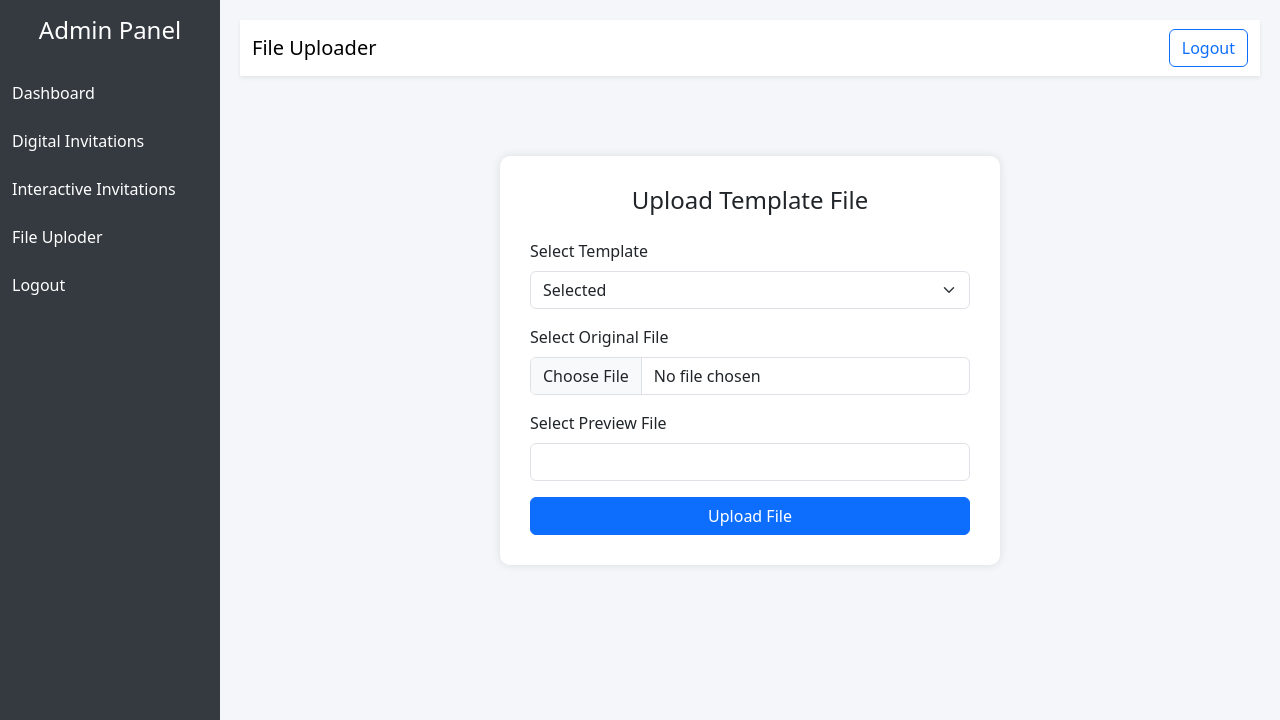
Repository: viraj7551/Flying-Invite-Project
Page: http://localhost/Admin03/file_uploader.jsp
The author's editor kept a copy of each file at every save. The page is drawn from the files as they stood at one save, then again after a run of saves.
The browser window is 1280 px wide. The pictures show the whole page.
Some web fonts or font styles are not loaded; a fallback is used. The page is served by Tomcat 9. Queries for data that is not in the repository find no rows.

Above is the page before, as saved 2026-05-28 14:49:13.

After the next 2 saves:
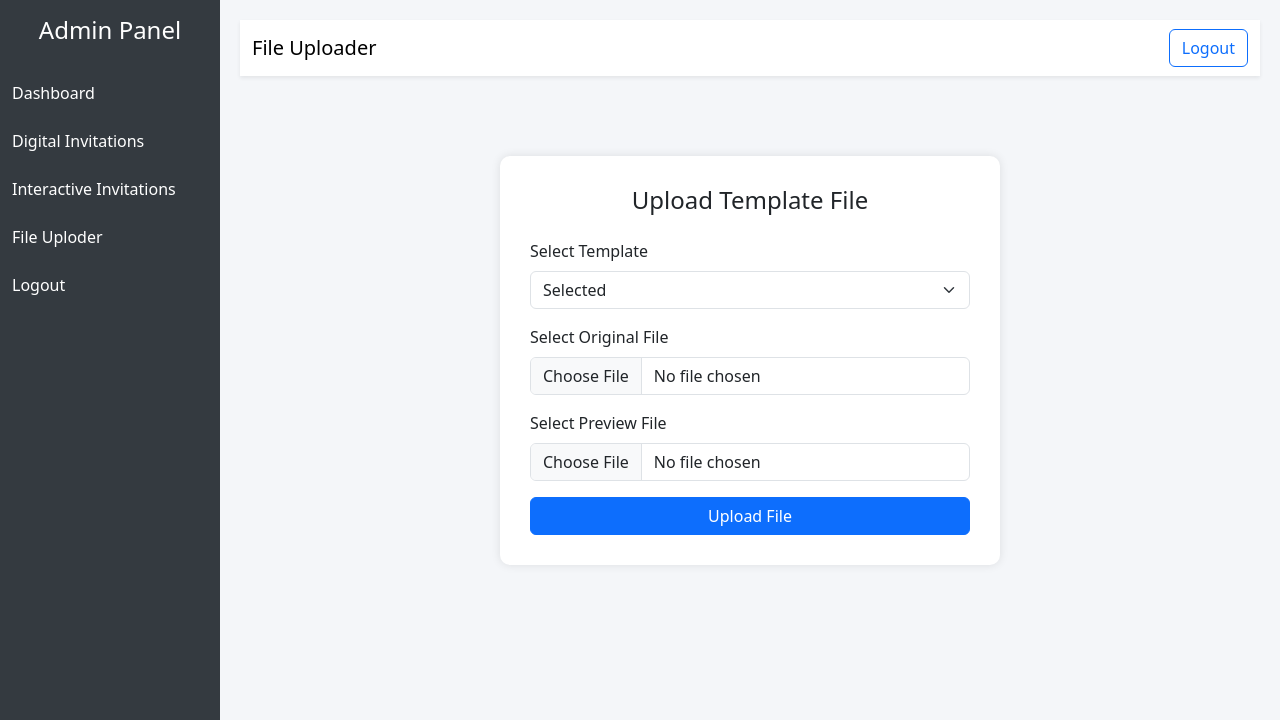
The 2 saves are shown as one change because they came seconds apart.
The last was saved 3 min 9 s later.
--- a/Admin03/WebContent/file_uploader.jsp
+++ b/Admin03/WebContent/file_uploader.jsp
@@ -175,7 +175,7 @@ margin-left:0;
 
             <div class="mb-3">
          <label class="form-label">Select Preview File</label>
-            <input type="file02" name="file" class="form-control" required>
+            <input type="file" name="file02" class="form-control" required>
       </div>
 
      <div class="d-grid">
